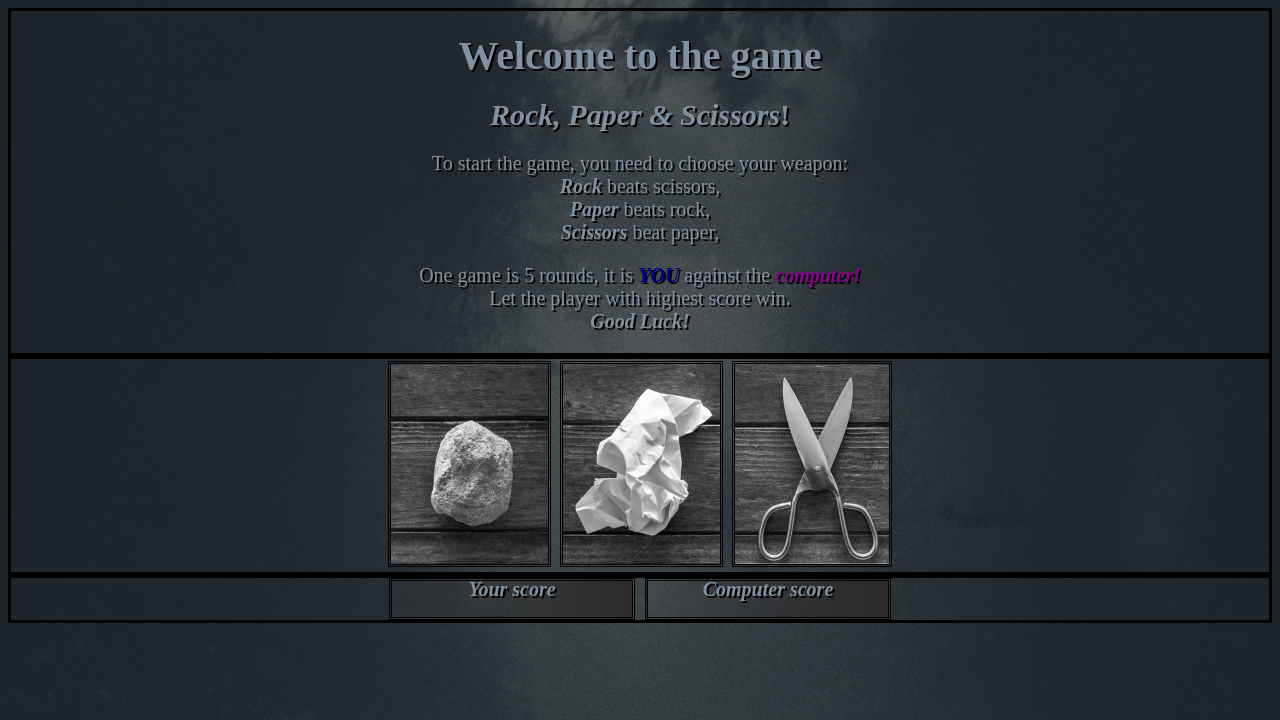
Repository: agneta1991/rock-paper-scissors
Page: Desktop/coding/index.html
These files come from the project's save history. The page is drawn as it stood at one moment and after the next save; the edit follows.
The browser window is 1280 px wide. The pictures show the whole page.

Above is the page before, as saved 2023-03-03 10:11:19.

### Desktop/coding/index.html
<!DOCTYPE html>
<html lang="en">
<head>
    <meta charset="UTF-8">
    <title>Rock Paper Scissors</title>
    <link rel="styleSheet" href='styles.css'>
</head>
<body>
    <script src="javascript.js" defer></script>
    <div class="container1">
        <div class="title">
            <h1>Welcome to the game </h1>
            <h2><span>Rock, Paper & Scissors</span>!</h2>
            <p>To start the game, you need to choose your weapon:<br>
            <span>Rock</span> beats scissors, <br>
            <span>Paper</span> beats rock, <br>
            <span>Scissors</span> beat paper,</p>
            <p>One game is 5 rounds, it is <span style="color: darkblue">YOU</span> against the <span style="color: darkmagenta">computer!</span><br>
            Let the player with highest score win.<br>
        <span>Good Luck!</span></p>
        </div>
    </div>
    <div class ="container2">
        <div class="options">
            <button class="rock"> <img src='images/rock.png'></button>
            <button class="paper"><img src='images/paper.png'></button>
            <button class="scissors"><img src='images/scissors.png'></button>
        </div>
    </div>
    <div class="container3">
        <div id="playerChoice"></div><div id="computerChoice"></div>
        <div class="score">
            <div class="playerScore"><span>Your score<span></span>
            <p class="displayedPlayerScore"></p></div>
            <div class="computerScore"><span>Computer score<span></span>
            <p class="displayedComputerScore"></p></div></div>
        </div>
    </div>
</body>
</html>

### Desktop/coding/styles.css
body{
    background-image: url('images/background.jpg');
    background-size:100%;
}
h1, h2{
    line-height: 90%;
}

.container1, .container2, .container3{
    border: solid black;
    color: rgb(128, 146, 161);
    text-shadow: 2px 2px black;
    font-size: 20px;
}
span{
    font-weight: bold;
    font-style: italic;
}
.container1{
    display: flex;
    justify-content: center;
    text-align: center;
}


img{
    width: auto ;
    height: 200px ;
    border-style: double;
}

.container2 {
    display: flex;
    justify-content: center;
    gap: 8px;
}
button{
    background-color: transparent;
    padding: 0%;
    border-color: transparent;
}


img {
    -webkit-filter:
    grayscale(100%);
    filter:grayscale(100%);
    -webkit-transition: .2s
    ease-in-out;
    transition: .2s ease-in-out;
}

img:hover {
    -webkit-filter:grayscale(0);
    filter:grayscale(0);

}

.playerScore, .computerScore {
    line-height: 80%;
    border: black;
    width: 240px;
    border-style: double;
    background-image: linear-gradient(to right, rgba(156, 146, 146, 0.055),rgb(44, 42, 42) );
}

.score{
    display: flex;
    justify-content: center;
    text-align: center;
    gap: 10px;

}

#displayed{
    padding: 20px;
    display: flex;
    justify-content: center;
    text-align: center;
}

### Desktop/coding/javascript.js
const choice = ['rock', 'paper', 'scissors'];
function getComputerChoice(){
    let randomChoice = choice[Math.floor(Math.random()*choice.length)];
    document.getElementByClassName('computerChoice').innerHTML = randomChoice;
}


let btn = document.querySelectorAll('button');
btn.forEach((individualBtn)=>{
    individualBtn.addEventListener('click', function getPlayersChoice(){
        let playerChoice = individualBtn.className;
        document.getElementByClassName('playerChoice').innerHTML = playerChoice;

        if (playerChoice === 'rock' || 'paper' || 'scissors'){
            addColor();
        };

        function addColor(){
            individualBtn.style.border = 'solid darkblue';
        };
        getComputerChoice();
    });
});

After the next save:
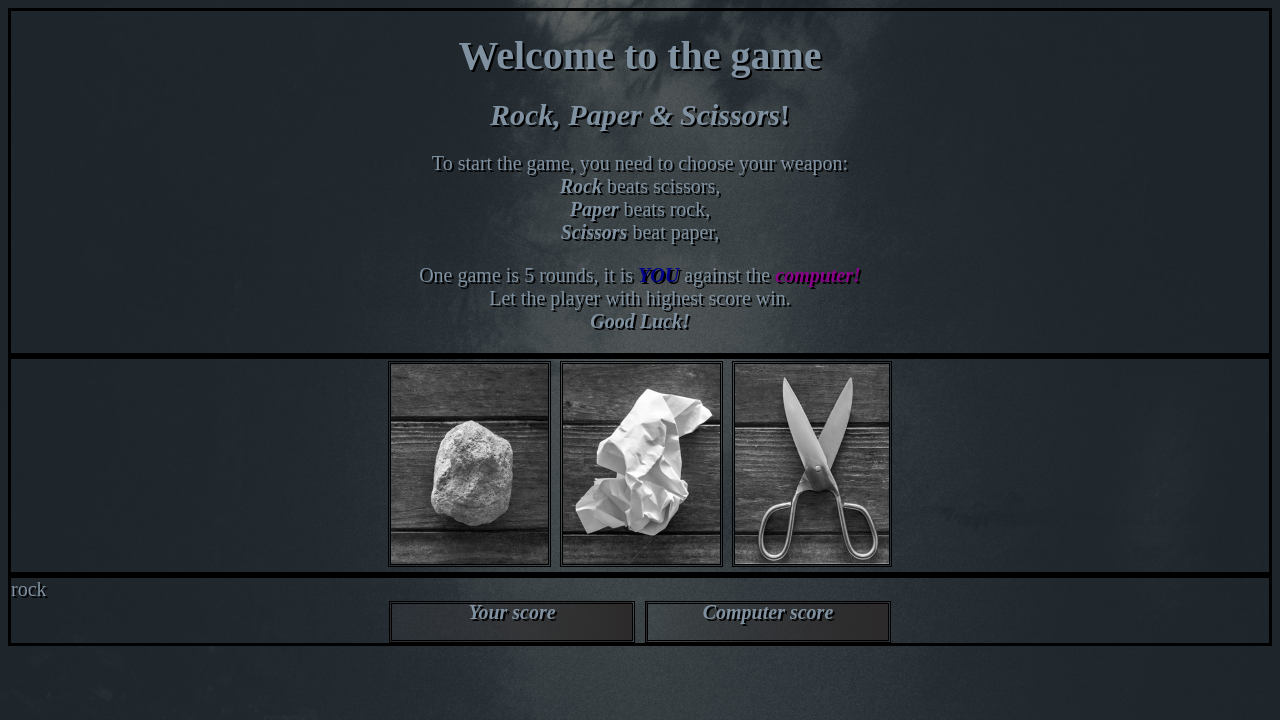
Saved 10 s later.
--- a/Desktop/coding/javascript.js
+++ b/Desktop/coding/javascript.js
@@ -1,15 +1,15 @@
 const choice = ['rock', 'paper', 'scissors'];
 function getComputerChoice(){
     let randomChoice = choice[Math.floor(Math.random()*choice.length)];
-    document.getElementByClassName('computerChoice').innerHTML = randomChoice;
+    document.getElementById('computerChoice').innerHTML = randomChoice;
 }
-
+getComputerChoice();
 
 let btn = document.querySelectorAll('button');
 btn.forEach((individualBtn)=>{
     individualBtn.addEventListener('click', function getPlayersChoice(){
         let playerChoice = individualBtn.className;
-        document.getElementByClassName('playerChoice').innerHTML = playerChoice;
+        document.getElementById('playerChoice').innerHTML = playerChoice;
 
         if (playerChoice === 'rock' || 'paper' || 'scissors'){
             addColor();
@@ -18,6 +18,6 @@ btn.forEach((individualBtn)=>{
         function addColor(){
             individualBtn.style.border = 'solid darkblue';
         };
-        getComputerChoice();
+
     });
 });
